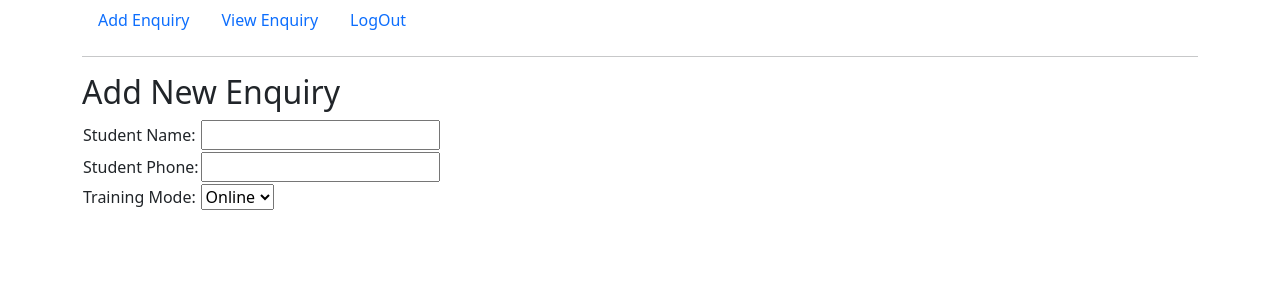
Repository: javed2611/counsellorportal
Page: http://localhost/enquiryForm
The author's editor kept a copy of each file at every save. The page is drawn from the files as they stood at one save, then again after the next save.
The browser window is 1280 px wide. The pictures show the whole page.
The page is this project's Thymeleaf template; nobody is signed in. The template is opened directly, without the code that normally fills it, so the values that code supplies are empty.

Above is the page before, as saved 2024-08-25 15:03:29.

### Counsellor_Portal/src/main/resources/templates/enquiryForm.html
<!doctype html>
<html lang="en">

<head>
	<meta charset="utf-8">
	<meta name="viewport" content="width=device-width, initial-scale=1">
	<title>Bootstrap demo</title>
	<link href="https://cdn.jsdelivr.net/npm/bootstrap@5.3.3/dist/css/bootstrap.min.css" rel="stylesheet"
		integrity="sha384-QWTKZyjpPEjISv5WaRU9OFeRpok6YctnYmDr5pNlyT2bRjXh0JMhjY6hW+ALEwIH" crossorigin="anonymous">
</head>

<body>

	<div class="container">
		<ul class="nav">
			<li class="nav-item">
				<a class="nav-link active" aria-current="page" href="#">Add Enquiry</a>
			</li>
			<li class="nav-item">
				<a class="nav-link" href="#">View Enquiry</a>
			</li>
			<li class="nav-item">
				<a class="nav-link" href="logout">LogOut</a>
			</li>
		</ul>
		<hr />
		<h2>Add New Enquiry</h2>

		<form th:action="@{/addEnquiry}" th:object="${enq}" method="post">
			<table>
				<tr>
					<td>Student Name: </td>
					<td><input type="text" th:field="*{studentName}" /></td>
				</tr>
				<tr>
					<td>Student Phone: </td>
					<td><input type="number" th:field="*{studentContact}" /></td>
				</tr>
				<tr>
					<td>Training Mode: </td>
					<td>
						<select th:field="*{courseName}">
							<option value="Online">Online</option>
							<option value="Offline">Offline</option>
						</select>
					</td>
				</tr>
			</table>

		</form>
	</div>

	<script src="https://cdn.jsdelivr.net/npm/bootstrap@5.3.3/dist/js/bootstrap.bundle.min.js"
		integrity="sha384-YvpcrYf0tY3lHB60NNkmXc5s9fDVZLESaAA55NDzOxhy9GkcIdslK1eN7N6jIeHz"
		crossorigin="anonymous"></script>
</body>

</html>

After the next save:
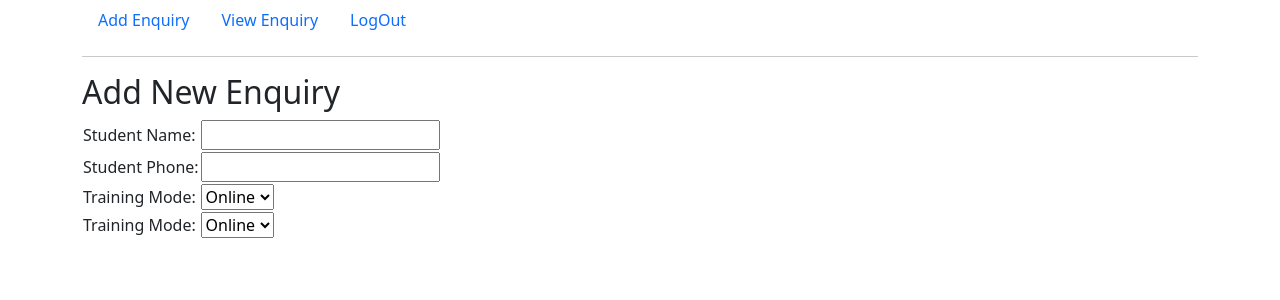
Saved 10 s later.
--- a/Counsellor_Portal/src/main/resources/templates/enquiryForm.html
+++ b/Counsellor_Portal/src/main/resources/templates/enquiryForm.html
@@ -45,6 +45,15 @@
 						</select>
 					</td>
 				</tr>
+				<tr>
+					<td>Training Mode: </td>
+					<td>
+						<select th:field="*{courseName}">
+							<option value="Online">Online</option>
+							<option value="Offline">Offline</option>
+						</select>
+					</td>
+				</tr>
 			</table>
 
 		</form>
